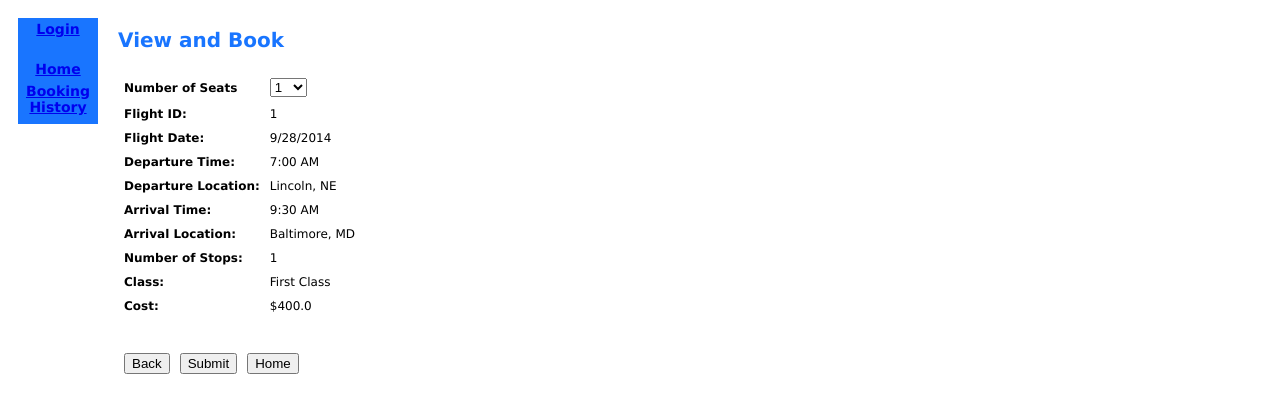
Repository: jliu9000/CSE-464---Flight-Pages
Page: http://localhost/HW1/ViewAndBook.jsp
The author's editor kept a copy of each file at every save. The page is drawn from the files as they stood at one save, then again after the next save.
The browser window is 1280 px wide. The pictures show the whole page.
Some web libraries are served in a nearby version. The page is served by Tomcat 9.

Above is the page before, as saved 2014-09-26 01:00:47.

After the next save:
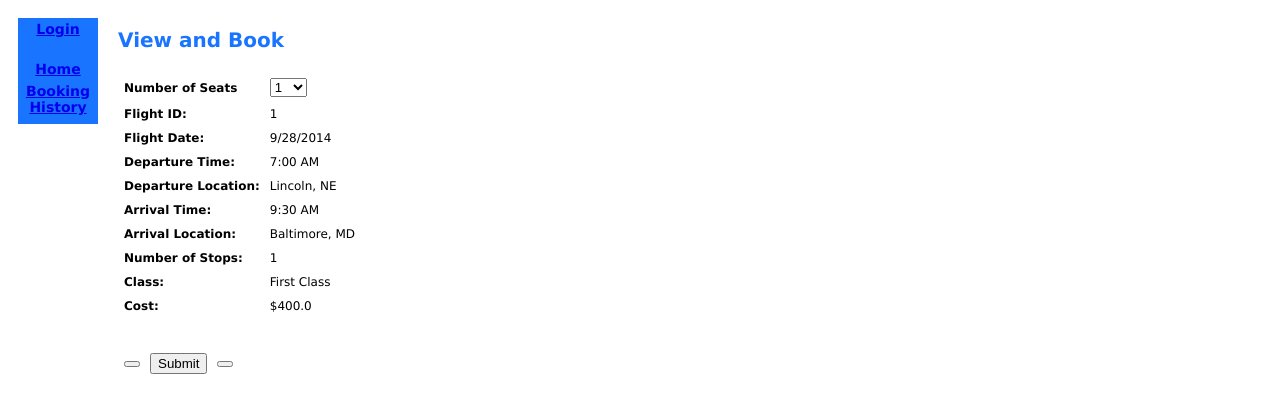
Saved 24 s later.
--- a/HW1/WebContent/ViewAndBook.jsp
+++ b/HW1/WebContent/ViewAndBook.jsp
@@ -56,9 +56,9 @@
 
 	<br><br>
 	<table>
-	<tr><td><a href="FlightSearchResults.jsp" ><button type="button" value="Back">Back</button></a></td>
+	<tr><td><a href="FlightSearchResults.jsp"><button type="button" value="Back"></button></a></td>
 	<td><input type="submit" value="Submit"></input></td>
-	<td><a href="FlightSearch.jsp"><button type=button>Home</button></a></td></tr>
+	<td><a href="FlightSearch.jsp"><button type=button value="Home"></button></a></td></tr>
 	</table>		</form>
 
 </div>

After the save that followed:
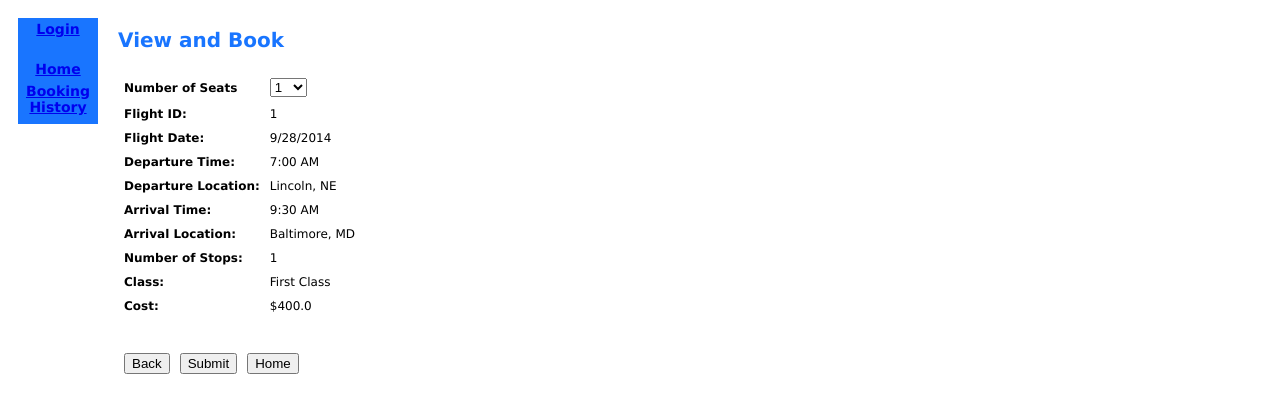
Saved 31 s later.
--- a/HW1/WebContent/ViewAndBook.jsp
+++ b/HW1/WebContent/ViewAndBook.jsp
@@ -56,9 +56,9 @@
 
 	<br><br>
 	<table>
-	<tr><td><a href="FlightSearchResults.jsp"><button type="button" value="Back"></button></a></td>
+	<tr><td><a href="FlightSearchResults.jsp"><button type="button">Back</button></a></td>
 	<td><input type="submit" value="Submit"></input></td>
-	<td><a href="FlightSearch.jsp"><button type=button value="Home"></button></a></td></tr>
+	<td><a href="FlightSearch.jsp"><button type=button>Home</button></a></td></tr>
 	</table>		</form>
 
 </div>
